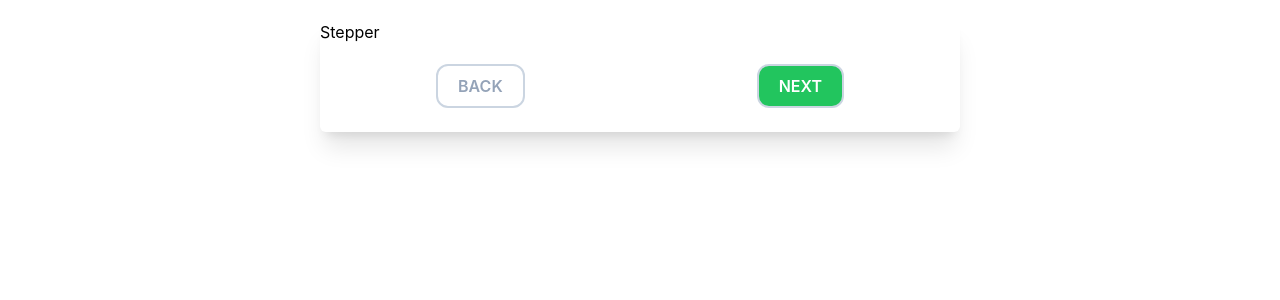
Repository: OmniaRafat232111121/reactstepper
Page: /
An editor plug-in stored every save of this project. The page is shown before and after the next save, followed by the edit.
The browser window is 1280 px wide. The pictures show the whole page.
The project was rebuilt for these pictures with package versions that can differ from the ones it lists, and the page was loaded fresh each time. Also part of the build but not shown: src/App.css.

Above is the page before, as saved 2023-02-21 23:27:45.

### src/App.js

import './App.css';
import Stepper from './Component/Stepper';
import StepperControl from './Component/StepperControl';
function App() {
  return (
    <div className="md:w-1/2 mx-auto  rounded-md shadow-xl bg-wh pb-2 mt-5">
     {/*stepper*/}
    <div className='container horizontal mt-5'>
    <Stepper/>
    </div>
     {/*StepperCOntrol*/}
     <StepperControl/>
    </div>
  );
}

export default App;

### src/Component/Stepper.js
import React from 'react'

const Stepper = () => {
  return (
    <div>
      <h1>Stepper</h1>
    </div>
  )
}

export default Stepper

### src/Component/StepperControl.js
import React from 'react'

const StepperControl = () => {
  return (
    <div className='container  flex justify-around mt-5 mb-4'>
       {/*back button*/}
       <button className='bg-white text-slate-400 font-semibold  uppercase px-5 py-2  rounded-xl
       cursor-pointer border-2 border-slate-300 hover:bg-slate-700 hover:text-white transition duration-200 ease-in-out'>
       Back
       </button>
        {/*next button*/}
        <button className='bg-green-500 text-white font-semibold  uppercase px-5 py-2  rounded-xl
        cursor-pointer border-2 border-slate-300 hover:bg-slate-700 hover:text-white transition duration-200 ease-in-out'>
        Next
        </button>
    </div>
  )
}

export default StepperControl

Loaded but not shown: public/index.html (common file); src/index.js (common file); src/index.css (common file); tailwind.config.js (common file)

After the next save:
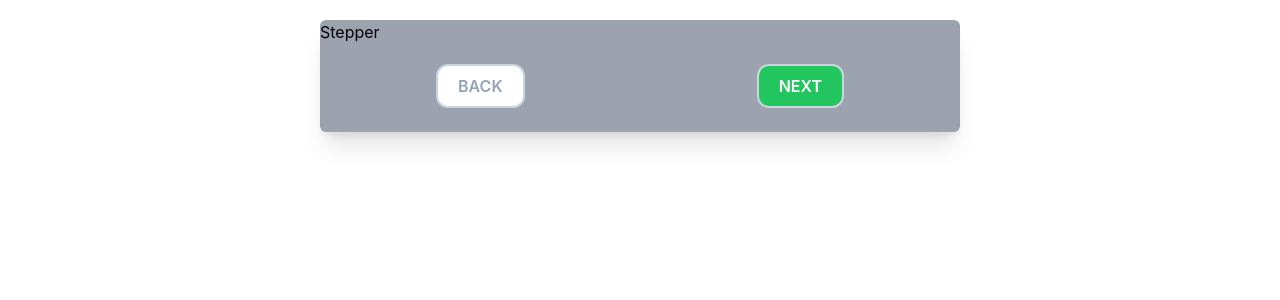
Saved 5 s later.
--- a/src/App.js
+++ b/src/App.js
@@ -4,7 +4,7 @@ import Stepper from './Component/Stepper';
 import StepperControl from './Component/StepperControl';
 function App() {
   return (
-    <div className="md:w-1/2 mx-auto  rounded-md shadow-xl bg-wh pb-2 mt-5">
+    <div className="md:w-1/2 mx-auto  rounded-md shadow-xl bg-gray-400 pb-2 mt-5">
      {/*stepper*/}
     <div className='container horizontal mt-5'>
     <Stepper/>
